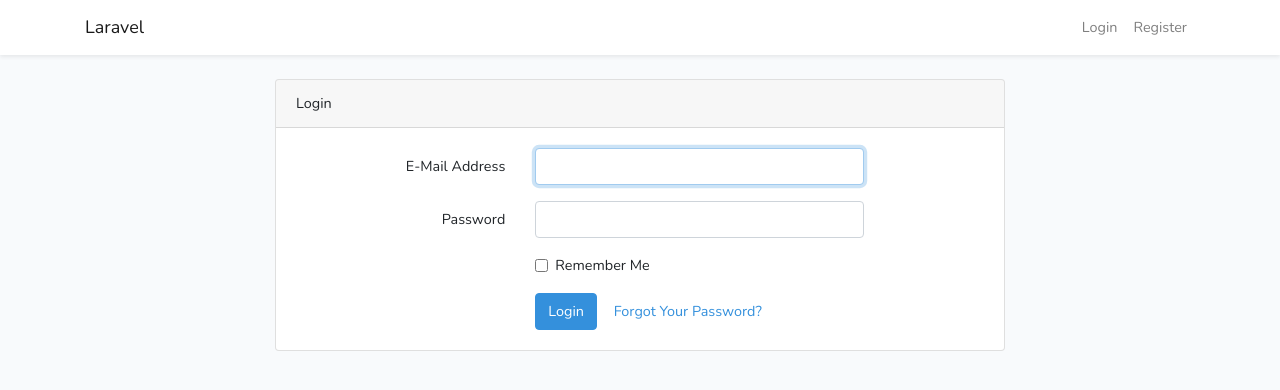
Repository: lazaarIssam/Smart-Bell-Web-Project
Page: http://localhost/login
The author's editor kept a copy of each file at every save. The page is drawn from the files as they stood at one save, then again after the next save.
The browser window is 1280 px wide. The pictures show the whole page.
The page is served by the project's Laravel application, run on PHP 8.4 with Laravel 8. Other server files are loaded and not shown.

Above is the page before, as saved 2020-03-05 02:08:19.

### routes/web.php
<?php

use Illuminate\Support\Facades\Route;

/*
|--------------------------------------------------------------------------
| Web Routes
|--------------------------------------------------------------------------
|
| Here is where you can register web routes for your application. These
| routes are loaded by the RouteServiceProvider within a group which
| contains the "web" middleware group. Now create something great!
|
*/

Route::get('/', function () {
    return view('welcome');
});

Auth::routes();

Route::get('/home', 'HomeController@index')->name('home');


Route::get('/information', 'InformationController@listInfo');

### app/Http/Controllers/Auth/LoginController.php
<?php

namespace App\Http\Controllers\Auth;

use App\Http\Controllers\Controller;
use App\Providers\RouteServiceProvider;
use Illuminate\Foundation\Auth\AuthenticatesUsers;

class LoginController extends Controller
{
    /*
    |--------------------------------------------------------------------------
    | Login Controller
    |--------------------------------------------------------------------------
    |
    | This controller handles authenticating users for the application and
    | redirecting them to your home screen. The controller uses a trait
    | to conveniently provide its functionality to your applications.
    |
    */

    use AuthenticatesUsers;

    /**
     * Where to redirect users after login.
     *
     * @var string
     */
    protected $redirectTo = RouteServiceProvider::INFO;

    /**
     * Create a new controller instance.
     *
     * @return void
     */
    public function __construct()
    {
        $this->middleware('guest')->except('logout');
    }
}

### resources/views/layouts/app.blade.php
<!doctype html>
<html lang="{{ str_replace('_', '-', app()->getLocale()) }}">
<head>
    <meta charset="utf-8">
    <meta name="viewport" content="width=device-width, initial-scale=1">

    <!-- CSRF Token -->
    <meta name="csrf-token" content="{{ csrf_token() }}">

    <title>{{ config('app.name', 'Sonnerie') }}</title>

    <!-- Scripts -->
    <script src="{{ asset('js/app.js') }}" defer></script>

    <!-- Fonts -->
    <link rel="dns-prefetch" href="//fonts.gstatic.com">
    <link href="https://fonts.googleapis.com/css?family=Nunito" rel="stylesheet">

    <!-- Styles -->
    <link href="{{ asset('css/app.css') }}" rel="stylesheet">
</head>
<body>
    <div id="app">
        <nav class="navbar navbar-expand-md navbar-light bg-white shadow-sm">
            <div class="container">
                <a class="navbar-brand" href="{{ url('/') }}">
                    {{ config('app.name', 'Sonnerie') }}
                </a>
                <button class="navbar-toggler" type="button" data-toggle="collapse" data-target="#navbarSupportedContent" aria-controls="navbarSupportedContent" aria-expanded="false" aria-label="{{ __('Toggle navigation') }}">
                    <span class="navbar-toggler-icon"></span>
                </button>

                <div class="collapse navbar-collapse" id="navbarSupportedContent">
                    <!-- Left Side Of Navbar -->
                    <ul class="navbar-nav mr-auto">

                    </ul>

                    <!-- Right Side Of Navbar -->
                    <ul class="navbar-nav ml-auto">
                        <!-- Authentication Links -->
                        @guest
                            <li class="nav-item">
                                <a class="nav-link" href="{{ route('login') }}">{{ __('Login') }}</a>
                            </li>
                            @if (Route::has('register'))
                                <li class="nav-item">
                                    <a class="nav-link" href="{{ route('register') }}">{{ __('Register') }}</a>
                                </li>
                            @endif
                        @else
                            <li class="nav-item dropdown">
                                <a id="navbarDropdown" class="nav-link dropdown-toggle" href="#" role="button" data-toggle="dropdown" aria-haspopup="true" aria-expanded="false" v-pre>
                                    {{ Auth::user()->name }} <span class="caret"></span>
                                </a>

                                <div class="dropdown-menu dropdown-menu-right" aria-labelledby="navbarDropdown">
                                    <a class="dropdown-item" href="{{ route('logout') }}"
                                       onclick="event.preventDefault();
                                                     document.getElementById('logout-form').submit();">
                                        {{ __('Logout') }}
                                    </a>

                                    <form id="logout-form" action="{{ route('logout') }}" method="POST" style="display: none;">
                                        @csrf
                                    </form>
                                </div>
                            </li>
                        @endguest
                    </ul>
                </div>
            </div>
        </nav>

        <main class="py-4">
            @yield('content')
        </main>
    </div>
</body>
</html>

Loaded but not shown: app/Http/Controllers/Controller.php (common file); app/Http/Controllers/Auth/ConfirmPasswordController.php (common file); resources/views/auth/login.blade.php (common file); public/css/app.css (library)

After the next save:
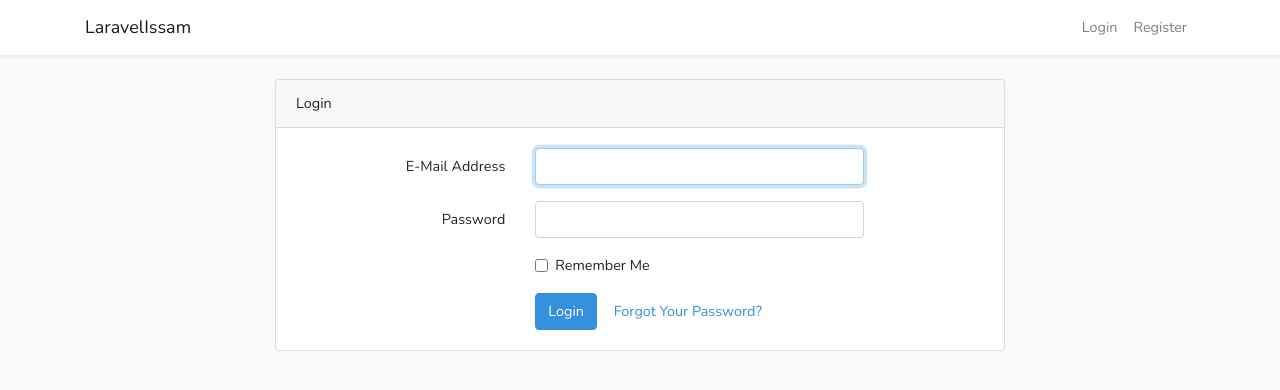
Saved 67 s later.
--- a/resources/views/layouts/app.blade.php
+++ b/resources/views/layouts/app.blade.php
@@ -24,7 +24,7 @@
         <nav class="navbar navbar-expand-md navbar-light bg-white shadow-sm">
             <div class="container">
                 <a class="navbar-brand" href="{{ url('/') }}">
-                    {{ config('app.name', 'Sonnerie') }}
+                    {{ config('app.name', 'Sonnerie') }}Issam
                 </a>
                 <button class="navbar-toggler" type="button" data-toggle="collapse" data-target="#navbarSupportedContent" aria-controls="navbarSupportedContent" aria-expanded="false" aria-label="{{ __('Toggle navigation') }}">
                     <span class="navbar-toggler-icon"></span>
